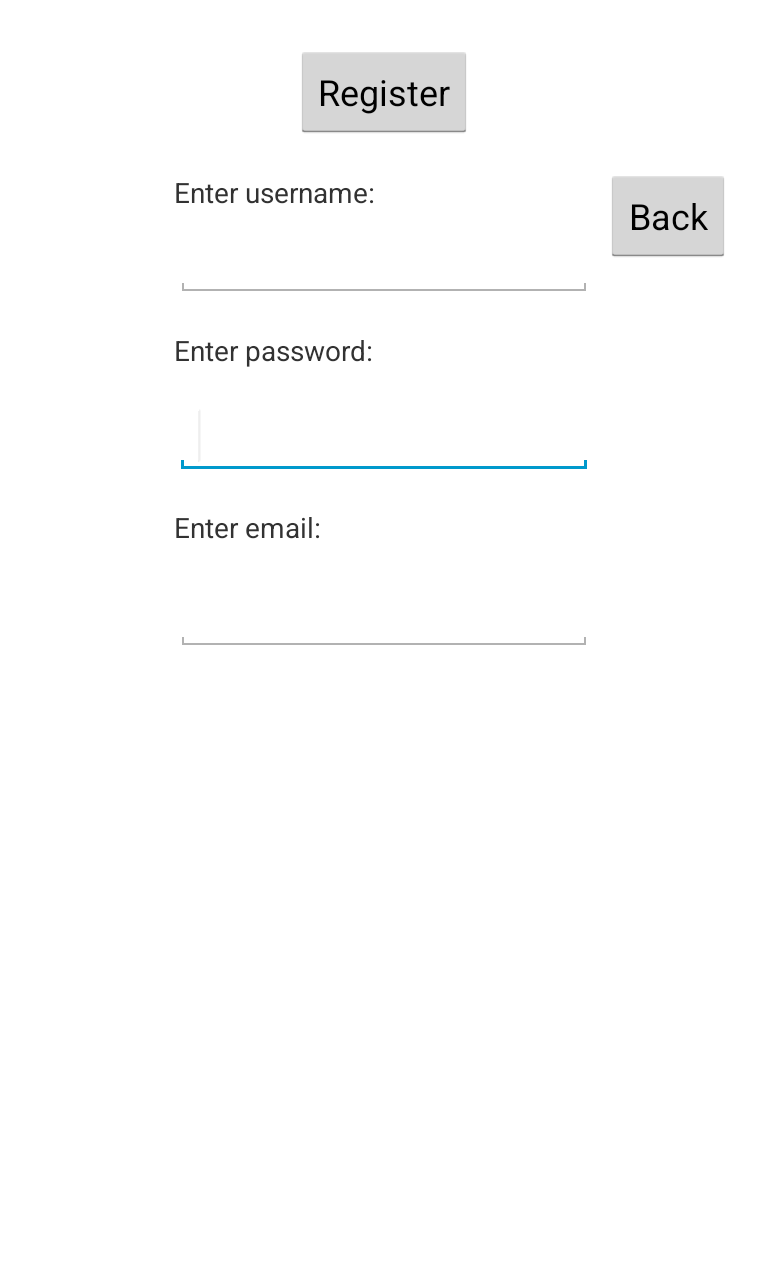
Repository: Codlex/JSMS
Layout: AndroidClient/res/layout/register_layout.xml
An editor plug-in stored every save of this project. The layout is shown before and after the next save, followed by the edit.
It is drawn on a 768 x 1280 px phone screen (xhdpi) without system bars, with theme AppTheme; the app's code is not run.

Above is the layout before, as saved 2013-01-04 15:17:16.

### AndroidClient/res/layout/register_layout.xml
<?xml version="1.0" encoding="utf-8"?>
<RelativeLayout xmlns:android="http://schemas.android.com/apk/res/android"
    android:id="@+id/RelativeLayout1"
    android:layout_width="match_parent"
    android:layout_height="match_parent"
    android:orientation="vertical" >

    <TextView
        android:id="@+id/text1"
        android:layout_width="wrap_content"
        android:layout_height="wrap_content"
        android:layout_alignBottom="@+id/username2"
        android:layout_alignLeft="@+id/username2"
        android:layout_alignRight="@+id/username2"
   		android:text="@string/username"
        android:layout_marginBottom="44dp" />

    <TextView
        android:id="@+id/text2"
        android:layout_width="wrap_content"
        android:layout_height="wrap_content"
        android:layout_alignLeft="@+id/username2"
        android:layout_below="@+id/text1"
        android:layout_marginTop="16dp"
        android:text="@string/password" />

    <EditText
        android:id="@+id/username2"
        android:layout_width="wrap_content"
        android:layout_height="wrap_content"
        android:layout_alignParentTop="true"
        android:layout_centerHorizontal="true"
        android:layout_marginTop="110dp"
        android:ems="10"
        android:inputType="textPersonName" />

    <EditText
        android:id="@+id/password2"
        android:layout_width="wrap_content"
        android:layout_height="wrap_content"
        android:layout_alignLeft="@+id/text2"
        android:layout_below="@+id/text2"
        android:layout_marginTop="14dp"
        android:ems="10"
        android:inputType="textPassword" >

        <requestFocus />
    </EditText>

    <TextView
        android:id="@+id/text3"
        android:layout_width="wrap_content"
        android:layout_height="wrap_content"
        android:layout_alignLeft="@+id/password2"
        android:layout_below="@+id/password2"
        android:layout_marginTop="16dp"
        android:text="@string/email" />

    <EditText
        android:id="@+id/email"
        android:layout_width="wrap_content"
        android:layout_height="wrap_content"
        android:layout_alignLeft="@+id/text3"
        android:layout_below="@+id/text3"
        android:layout_marginTop="14dp"
        android:ems="10"
        android:inputType="textEmailAddress" />

    <Button
        android:id="@+id/registerb2"
        android:layout_width="wrap_content"
        android:layout_height="wrap_content"
        android:layout_below="@+id/EditText01"
        android:layout_centerHorizontal="true"
        android:layout_marginTop="22dp"
        android:text="@string/register" />

    <Button
        android:id="@+id/button1"
        android:layout_width="wrap_content"
        android:layout_height="wrap_content"
        android:layout_alignParentRight="true"
        android:layout_below="@+id/registerb2"
        android:layout_marginRight="18dp"
        android:layout_marginTop="14dp"
        android:text="@string/back" />

</RelativeLayout>

### AndroidClient/res/values/strings.xml
<?xml version="1.0" encoding="utf-8"?>
<resources>

    <string name="app_name">AndroidClient</string>
    <string name="hello_world">Hello world!</string>
    <string name="menu_settings">Settings</string>
    <string name="username">Enter username:</string>
    <string name="password">Enter password:</string>
    <string name="email">Enter email:</string>
    <string name="login">Login</string>
    <string name="register">Register</string>
	<string name="create_account">Create account</string>
	<string name="back">Back</string>

</resources>

Loaded but not shown: AndroidClient/res/values/styles.xml (common file); AndroidClient/res/values-v11/styles.xml (common file); AndroidClient/res/values-v14/styles.xml (common file)

After the next save:
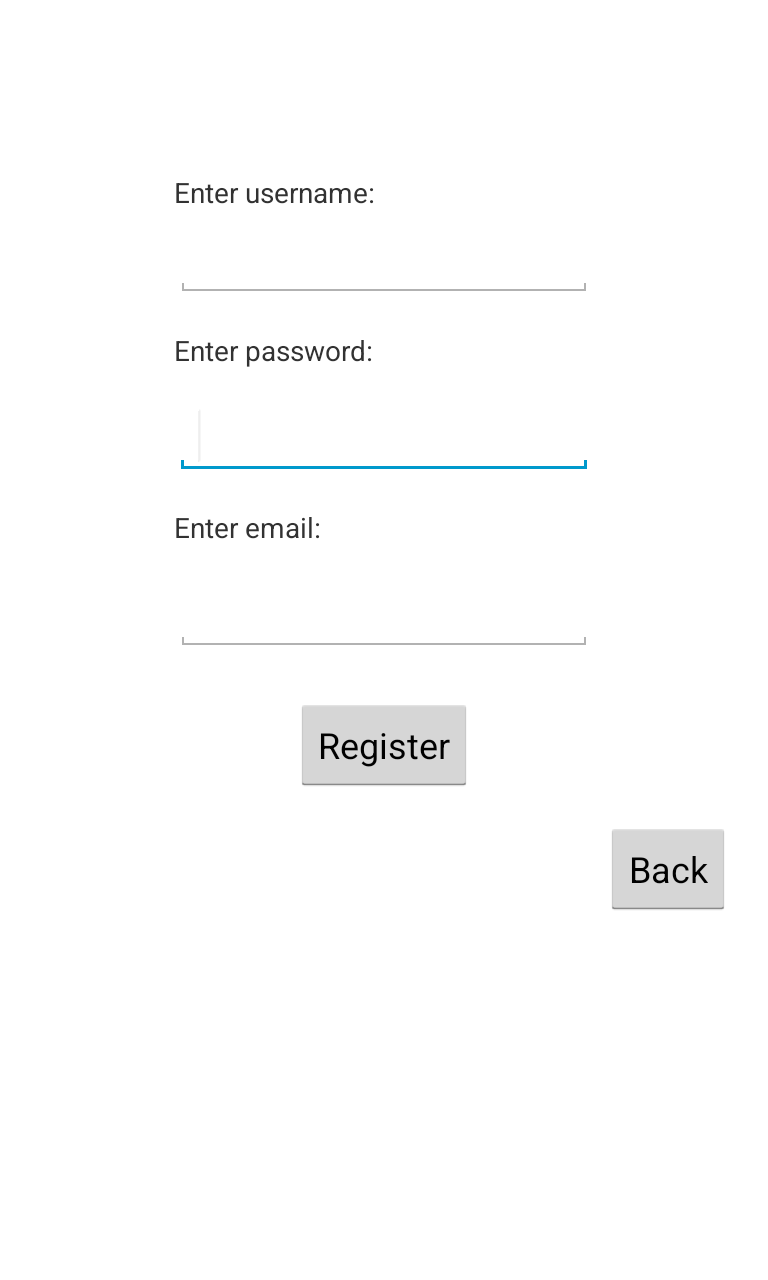
Saved 5 s later.
--- a/AndroidClient/res/layout/register_layout.xml
+++ b/AndroidClient/res/layout/register_layout.xml
@@ -70,7 +70,7 @@
         android:id="@+id/registerb2"
         android:layout_width="wrap_content"
         android:layout_height="wrap_content"
-        android:layout_below="@+id/EditText01"
+        android:layout_below="@+id/email"
         android:layout_centerHorizontal="true"
         android:layout_marginTop="22dp"
         android:text="@string/register" />
